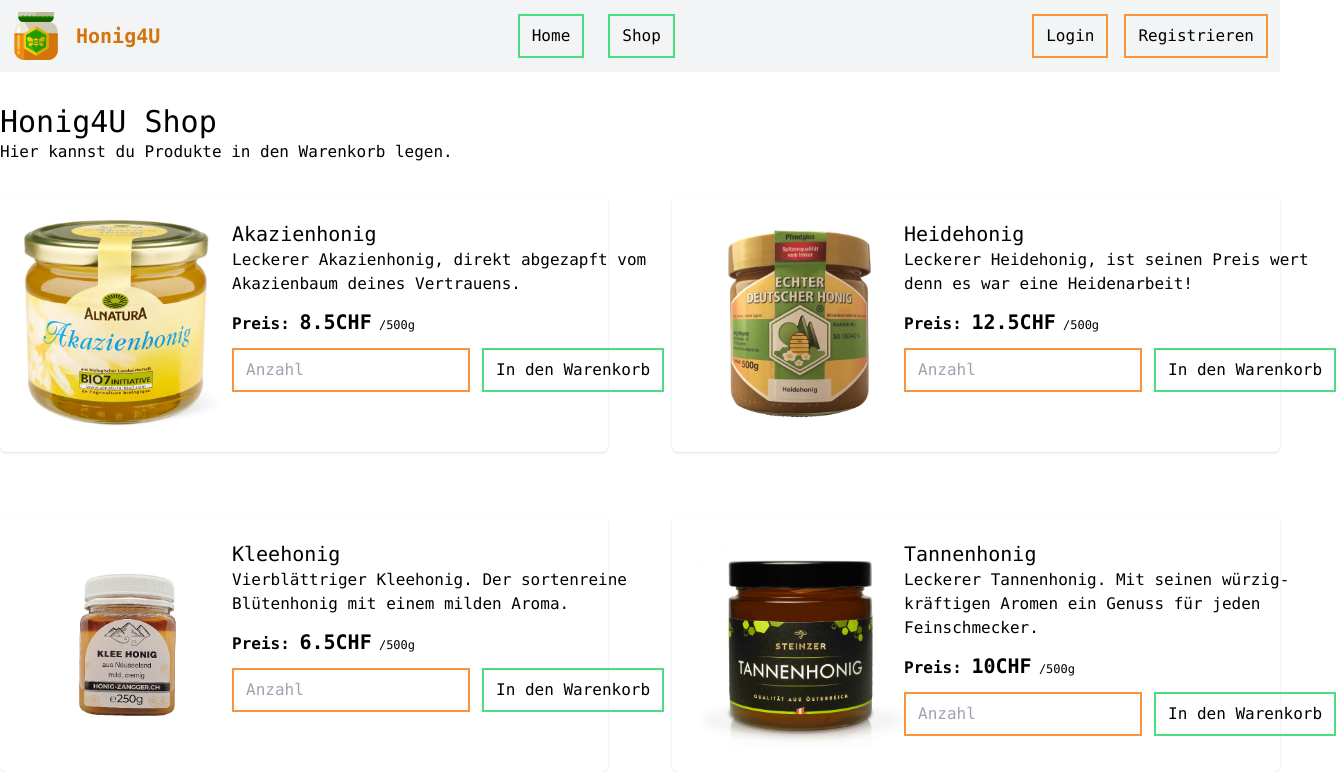
Repository: cainytheslave/PHPHonigShop
Page: http://localhost/shop.php
An editor plug-in stored every save of this project. The page is shown before and after the next save, followed by the edit.
The browser window is 1280 px wide. The page is 1336 px wide, then 1280 px, so the pictures cover 1336 px, including what lies to the right of the window. The pictures show the whole page.
The page is run by PHP 8.4 with error messages shown; the project is at /var/www/html/. Style sheets and scripts are compiled from the project's sources, by tool versions that may differ from the author's.

Above is the page before, as saved 2022-03-11 02:09:57.

After the next save:
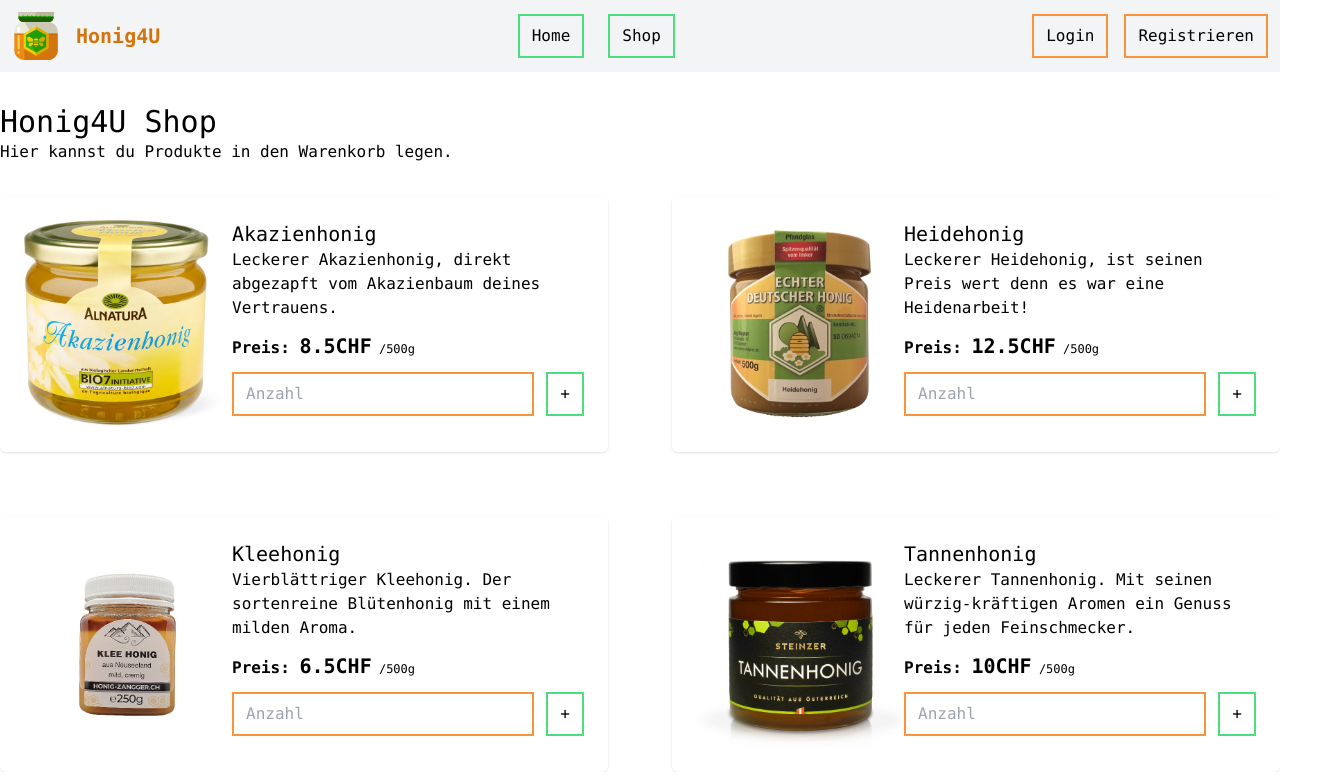
Saved 29 s later.
--- a/shop.php
+++ b/shop.php
@@ -76,7 +76,7 @@
                         <p class="mt-3 font-semibold">Preis: <span class="text-xl"><?= $produkt['preis'] ?>CHF</span><span class="text-xs font-thin"> /500g</span></p>
                         <form class="flex items-stretch gap-3 mt-3" action="" method="POST">
                             <?= Komponente::input('number', 'Anzahl', 'count') ?>
-                            <?= Komponente::button('In den Warenkorb', $id, 'green') ?>
+                            <?= Komponente::button('+', $id, 'green') ?>
                         </form>
                     </div>
                 </div>
